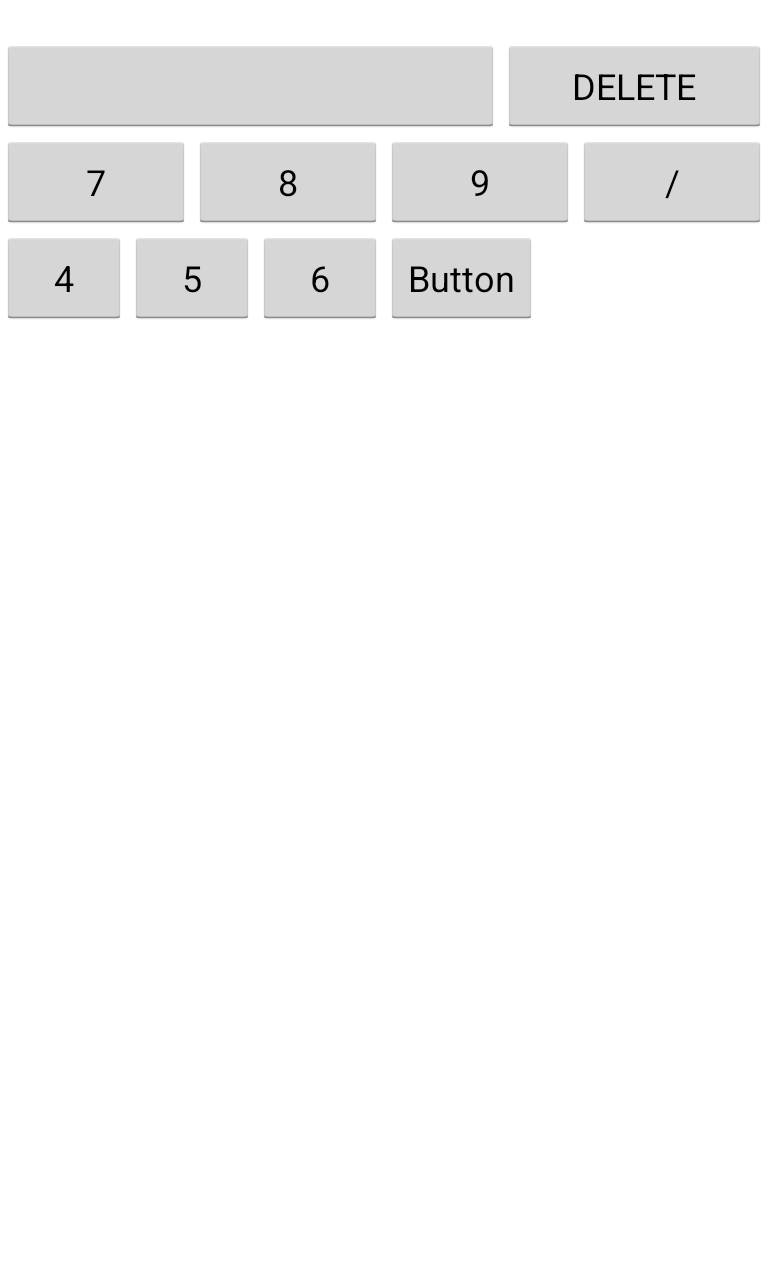
Repository: iracom/ejercicios-android
Layout: Calculadora/res/layout/activity_main.xml
These files come from the project's save history. The layout is drawn as it stood at one moment and after the next save; the edit follows.
It is drawn on a 768 x 1280 px phone screen (xhdpi) without system bars, with theme AppTheme; the app's code is not run.

Above is the layout before, as saved 2014-05-07 10:00:03.

### Calculadora/res/layout/activity_main.xml
<LinearLayout xmlns:android="http://schemas.android.com/apk/res/android"
    xmlns:tools="http://schemas.android.com/tools"
    android:id="@+id/container"
    android:layout_width="match_parent"
    android:layout_height="match_parent"
    android:orientation="vertical">

    <TextView
        android:id="@+id/textView1"
        android:layout_width="match_parent"
        android:layout_height="wrap_content"
        android:text="" />

    <LinearLayout
        android:layout_width="match_parent"
        android:layout_height="wrap_content"
        android:orientation="horizontal" >

        <Button
            android:id="@+id/button2"
            android:layout_width="wrap_content"
            android:layout_height="wrap_content"
            android:layout_weight="4"
            android:text=""
            android:clickable="false"/>

        <Button
            android:id="@+id/btn_delete"
            android:layout_width="wrap_content"
            android:layout_height="wrap_content"
            android:layout_weight="1"
            android:text="@string/borrar" />

    </LinearLayout>

    <LinearLayout
        android:layout_width="match_parent"
        android:layout_height="wrap_content"
        android:orientation="horizontal" >

        <Button
            android:id="@+id/btn_7"
            android:layout_width="wrap_content"
            android:layout_height="wrap_content"
            android:layout_weight="1"
            android:text="@string/siete" />

        <Button
            android:id="@+id/btn_8"
            android:layout_width="wrap_content"
            android:layout_height="wrap_content"
            android:layout_weight="1"
            android:text="@string/ocho" />

        <Button
            android:id="@+id/btn_9"
            android:layout_width="wrap_content"
            android:layout_height="wrap_content"
            android:layout_weight="1"
            android:text="@string/nueve" />

        <Button
            android:id="@+id/btn_div"
            android:layout_width="wrap_content"
            android:layout_height="wrap_content"
            android:layout_weight="1"
            android:text="@string/div" />

    </LinearLayout>

    <LinearLayout
        android:layout_width="match_parent"
        android:layout_height="wrap_content"
        android:orientation="horizontal" >

        <Button
            android:id="@+id/btn_4"
            android:layout_width="wrap_content"
            android:layout_height="wrap_content"
            android:text="@string/cuatro" />

        <Button
            android:id="@+id/btn_5"
            android:layout_width="wrap_content"
            android:layout_height="wrap_content"
            android:text="@string/cinco" />

        <Button
            android:id="@+id/btn_6"
            android:layout_width="wrap_content"
            android:layout_height="wrap_content"
            android:text="@string/seis" />

        <Button
            android:id="@+id/button5"
            android:layout_width="wrap_content"
            android:layout_height="wrap_content"
            android:text="Button" />

    </LinearLayout>

</LinearLayout>

### Calculadora/res/values/strings.xml
<?xml version="1.0" encoding="utf-8"?>
<resources>

    <string name="app_name">Calculadora</string>
    <string name="hello_world">Hello world!</string>
    <string name="action_settings">Settings</string>
    <string name="borrar">DELETE</string>
    <string name="uno">1</string>
    <string name="dos">2</string>
    <string name="tres">3</string>
    <string name="cuatro">4</string>
    <string name="cinco">5</string>
    <string name="seis">6</string>
    <string name="siete">7</string>
    <string name="ocho">8</string>
    <string name="nueve">9</string>
    <string name="cero">0</string>
    <string name="sum">+</string>
    <string name="res">-</string>
    <string name="mul">x</string>
    <string name="div">/</string>
    <string name="igual">=</string>
    <string name="punto">.</string>

</resources>

Loaded but not shown: Calculadora/res/values/styles.xml (common file); Calculadora/res/values-v11/styles.xml (common file); Calculadora/res/values-v14/styles.xml (common file)

After the next save:
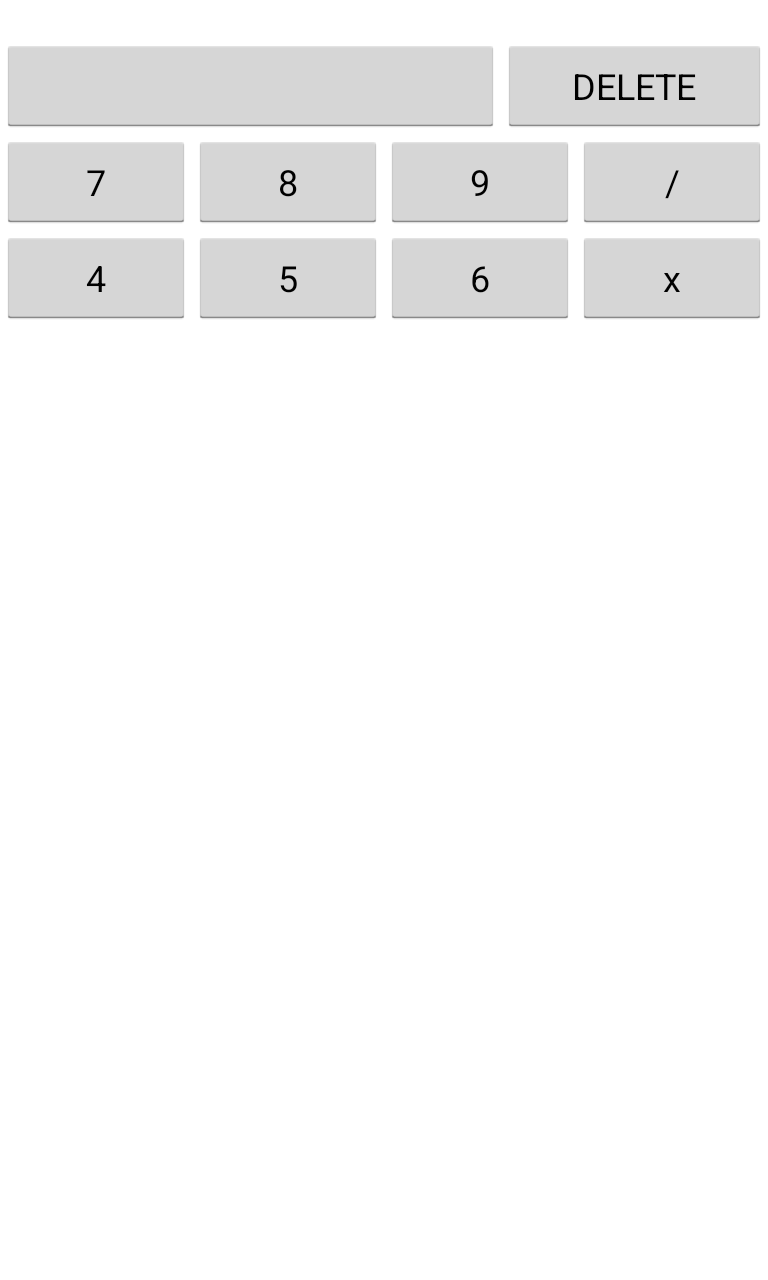
Saved 34 s later.
--- a/Calculadora/res/layout/activity_main.xml
+++ b/Calculadora/res/layout/activity_main.xml
@@ -77,25 +77,29 @@
             android:id="@+id/btn_4"
             android:layout_width="wrap_content"
             android:layout_height="wrap_content"
+            android:layout_weight="1"
             android:text="@string/cuatro" />
 
         <Button
             android:id="@+id/btn_5"
             android:layout_width="wrap_content"
             android:layout_height="wrap_content"
+            android:layout_weight="1"
             android:text="@string/cinco" />
 
         <Button
             android:id="@+id/btn_6"
             android:layout_width="wrap_content"
             android:layout_height="wrap_content"
+            android:layout_weight="1"
             android:text="@string/seis" />
 
         <Button
-            android:id="@+id/button5"
+            android:id="@+id/btn_mul"
             android:layout_width="wrap_content"
             android:layout_height="wrap_content"
-            android:text="Button" />
+            android:layout_weight="1"
+            android:text="@string/mul" />
 
     </LinearLayout>
 
